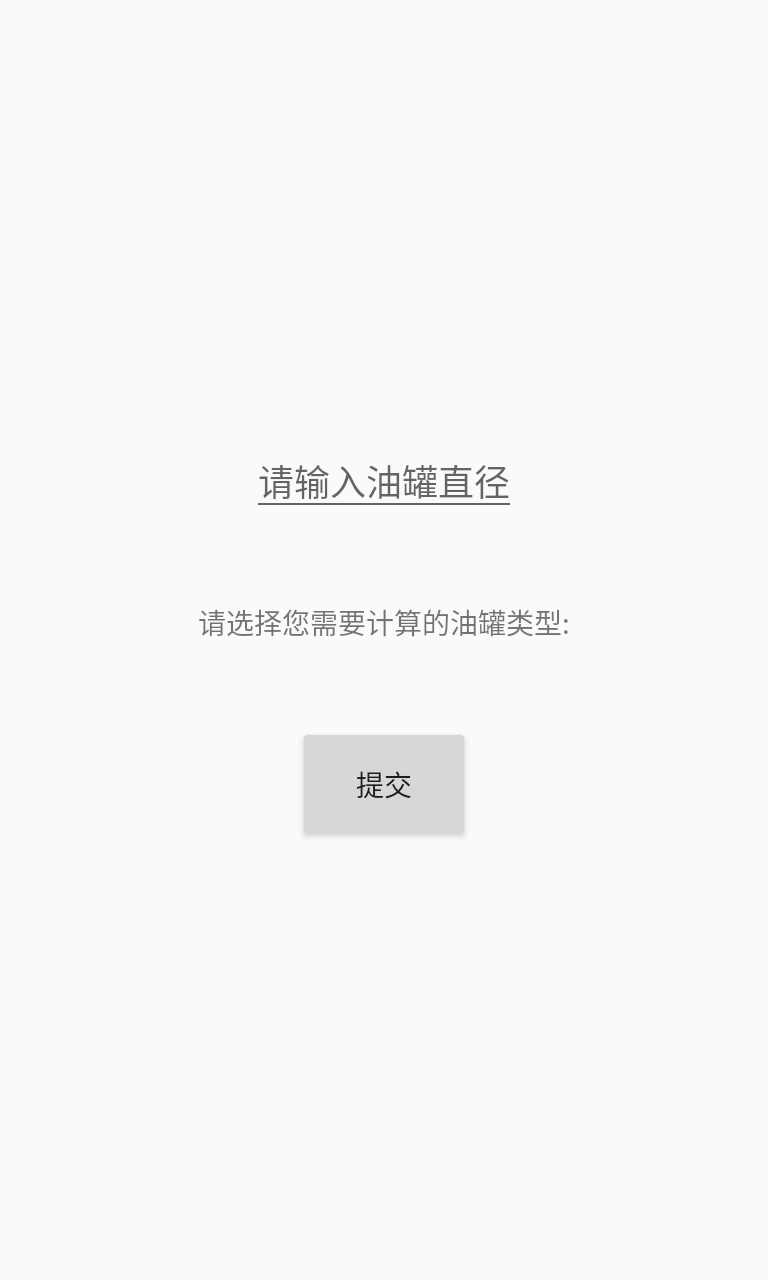
Repository: hohoTT/fireWork_handle_app
Layout: fireWork_handle_app/res/layout/olican_fire_foam.xml
These files come from the project's save history. The layout is drawn as it stood at one moment and after the next save; the edit follows.
It is drawn on a 768 x 1280 px phone screen (xhdpi) without system bars, with theme AppTheme; the app's code is not run.

Above is the layout before, as saved 2016-03-03 02:31:50.

### fireWork_handle_app/res/layout/olican_fire_foam.xml
<?xml version="1.0" encoding="utf-8"?>
<LinearLayout xmlns:android="http://schemas.android.com/apk/res/android"
    android:layout_width="match_parent"
    android:layout_height="match_parent"
    android:gravity="center_vertical"
    android:orientation="vertical" >

    <EditText
        android:id="@+id/olican_diameter"
        android:layout_width="wrap_content"
        android:layout_height="wrap_content"
        android:layout_gravity="center_horizontal"
	    android:layout_margin="30dp"
        android:hint="@string/olican_diameter" />

    <TextView
        android:id="@+id/text_olican_type"
        android:layout_width="wrap_content"
        android:layout_height="wrap_content"
        android:layout_gravity="center_horizontal"
	    android:layout_margin="10dp"
        android:text="@string/text_olican_type" />

    <Button
        android:id="@+id/btu_olican_fire_water_send"
        android:layout_width="wrap_content"
        android:layout_height="wrap_content"
        android:layout_gravity="center"
	    android:layout_margin="30dp"
	    android:padding="20dp"
        android:text="@string/btn_send" />


</LinearLayout>

### fireWork_handle_app/res/values/strings.xml
<?xml version="1.0" encoding="utf-8"?>
<resources>

    <string name="app_name">fireWork_handle_app</string>
    <string name="fire_calculate">现场计算</string>
    <string name="fire_agent">火灾剂用量计算</string>
    <string name="fire_plan">火灾预案</string>
    <string name="normal_fire">一般火灾计算</string>
    <string name="normal_fire_result">一般火灾用水量计算结果</string>
    <string name="oilcan_fire">油罐火灾情况下的计算</string>
    <string name="olican_fire_water">冷却用水量计算</string>
    <string name="olican_fire_foam">泡沫用量计算</string>
    <string name="olican_fire_water_result">该油罐火灾用水量计算结果</string>


    <string name="btu_water_power">供水压力计算</string>
    <string name="btu_oilcan_fire">油罐火灾计算</string>
    <string name="fire_area">请输入过火面积</string>
    <string name="olican_diameter">请输入油罐直径</string>
    <string name="text_olican_type">请选择您需要计算的油罐类型:</string>
    <string name="olican_type_fixed">固定顶油罐</string>
    <string name="olican_type_drift">浮顶油罐</string>


    <string name="text_water">一般火灾中每秒的用水量为：</string>
    <string name="text_fire_time">10吨消防车可持续灭火的时间为：</string>
    <string name="text_oilcan_fire_water">该油罐火灾中每秒的用水量为：</string>


    <string name="btn_send">提交</string>

    <string name="hello_world">Hello world!</string>
    <string name="action_settings">Settings</string>





</resources>

Loaded but not shown: fireWork_handle_app/res/values/styles.xml (common file); fireWork_handle_app/res/values-v11/styles.xml (common file); fireWork_handle_app/res/values-v14/styles.xml (common file)

After the next save:
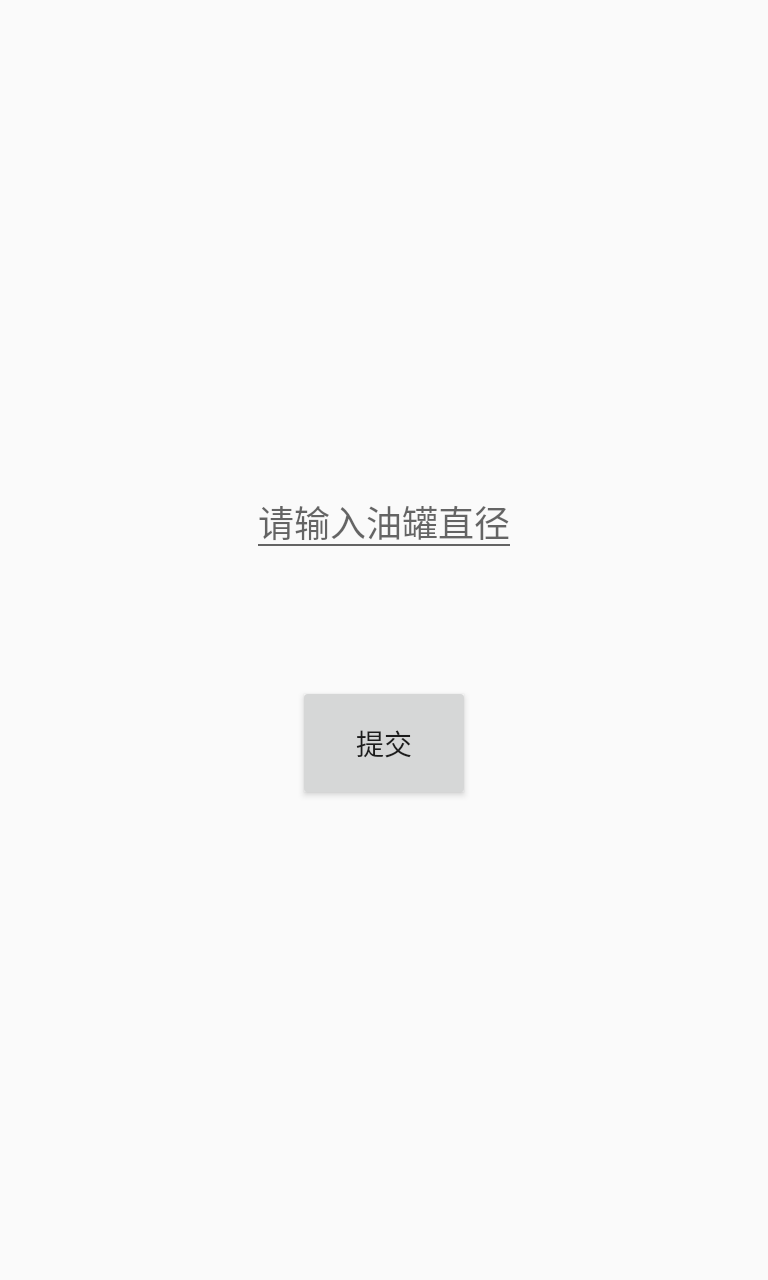
Saved 6 s later.
--- a/fireWork_handle_app/res/layout/olican_fire_foam.xml
+++ b/fireWork_handle_app/res/layout/olican_fire_foam.xml
@@ -13,14 +13,6 @@
 	    android:layout_margin="30dp"
         android:hint="@string/olican_diameter" />
 
-    <TextView
-        android:id="@+id/text_olican_type"
-        android:layout_width="wrap_content"
-        android:layout_height="wrap_content"
-        android:layout_gravity="center_horizontal"
-	    android:layout_margin="10dp"
-        android:text="@string/text_olican_type" />
-
     <Button
         android:id="@+id/btu_olican_fire_water_send"
         android:layout_width="wrap_content"
